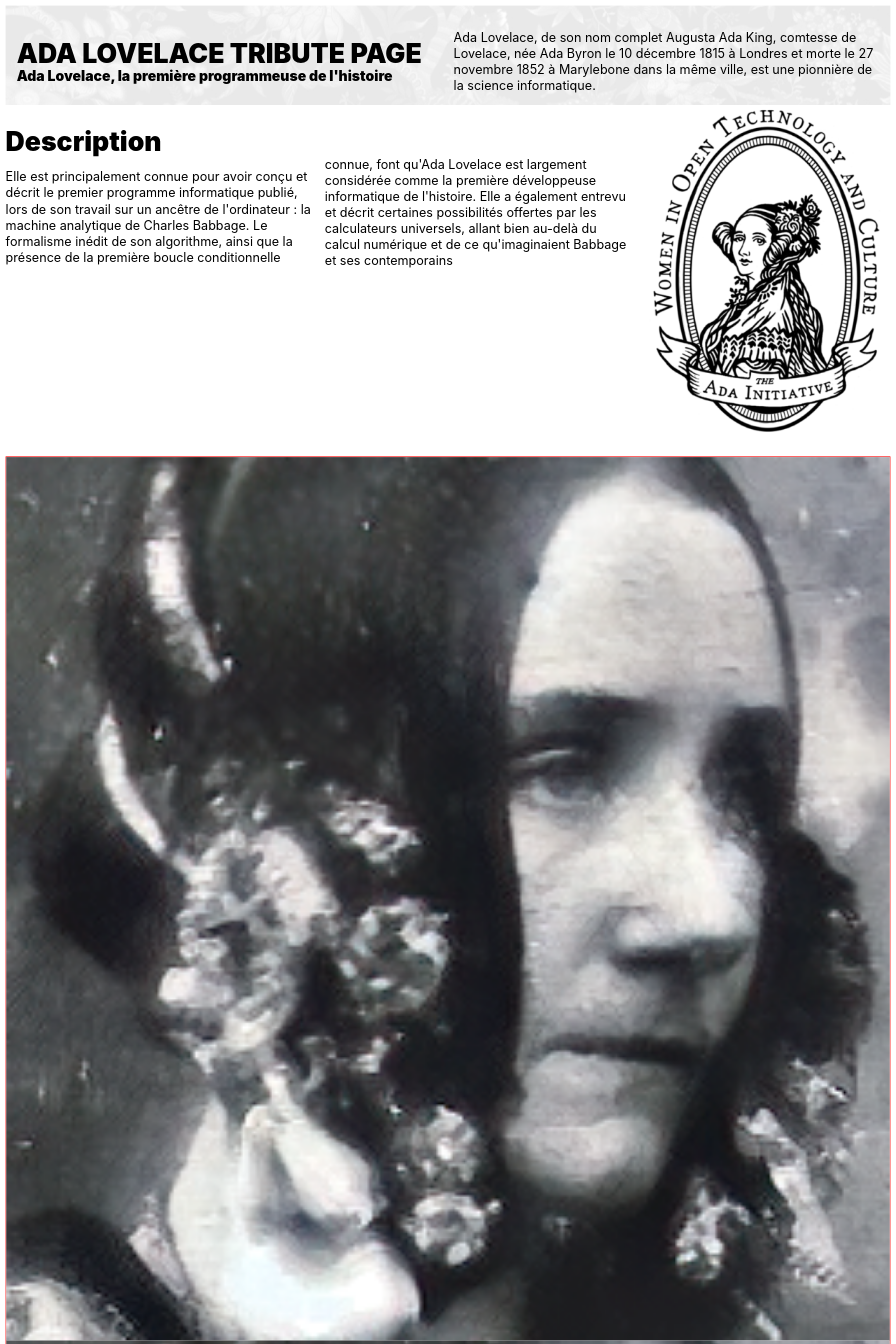
Repository: b3no1t/integration-training
Page: onepage-adalovelace/src/index.html
An editor plug-in stored every save of this project. The page is shown before and after the next save, followed by the edit.
The browser window is 1280 px wide. The pictures show the part of the page from y = 0 to 1920 px (the page is 5844 px tall before and 5716 px after), at 70% of full size.

Above is the page before, as saved 2025-01-30 09:22:35.

### onepage-adalovelace/src/index.html
<!DOCTYPE html>
<html lang="en">
<head>
 <meta charset="UTF-8">
 <meta name="viewport" content="width=device-width, initial-scale=1.0">
 <link rel="preconnect" href="https://fonts.googleapis.com">
<link rel="preconnect" href="https://fonts.gstatic.com" crossorigin>
<link href="https://fonts.googleapis.com/css2?family=Open+Sans:ital,wght@0,300..800;1,300..800&display=swap" rel="stylesheet">
<link rel="stylesheet" href="./assets/css/style.css">
 <title>ADA LOVELACE</title>
</head>
<body>

<div class="wrapper">


<header>
 <div class="intro">

 <div>
  <h2>
   ADA LOVELACE TRIBUTE PAGE
   <span>
    Ada Lovelace, la première programmeuse de l'histoire
   </span>
  </h2>
 </div>

 <div>
  <p>
   Ada Lovelace, de son nom complet Augusta Ada King, comtesse de Lovelace, née Ada Byron le 10 décembre 1815 à Londres et morte le 27 novembre 1852 à Marylebone dans la même ville, est une pionnière de la science informatique.
  </p>
 </div>

 </div>
</header>

<main>
 <section class="description">
   <div class="description-content">
    <h2>Description</h2>
    <p>
      Elle est principalement connue pour avoir conçu et décrit le premier programme informatique publié, lors de son travail sur un ancêtre de l'ordinateur : la machine analytique de Charles Babbage. Le formalisme inédit de son algorithme, ainsi que la présence de la première boucle conditionnelle connue,
      font qu'Ada Lovelace est largement considérée comme la première développeuse informatique de l'histoire. Elle a également entrevu et décrit certaines possibilités offertes par les calculateurs universels, allant bien au-delà du calcul numérique et de ce qu'imaginaient Babbage et ses contemporains
    </p>
  </div>
  <img src="./assets/img/ada-illu.png">
 </section>

 <section class="gallery">
  <!-- 4 imageshorizontale -->
  <img src="./assets/img/ada-photo.png" alt="photostration d'Ada Lovealace">
  <img src="./assets/img/ada-photo.png" alt="photostration d'Ada Lovealace">
  <img src="./assets/img/ada-photo.png" alt="photostration d'Ada Lovealace">
  <img src="./assets/img/ada-photo.png" alt="photostration d'Ada Lovealace">
 </section>
 <section>
  <!-- une image pleine largeur en fond avec du texte par dessus -->
 </section>

 <section>
  <h2></h2>
  <p></p>
 </section>
 <section>
  <h2></h2>
  <p></p>
 </section>
</main>
<footer>
 <img src="" alt="">
</footer>

</body>
</html>

### onepage-adalovelace/src/assets/css/style.css
/*
* ADA Lovelace Style one page tribute
*/

 @import url(_reset.css);
 @import url(_main.css);
 @import url(_section.css);

### onepage-adalovelace/src/assets/css/_main.css
/*
* ADA Style
*/
* {
  font-family: -apple-system,"Open Sans",  BlinkMacSystemFont,
    Roboto, Oxygen, Ubuntu, Cantarell,"Helvetica Neue", sans-serif;
}

main > * + * {
  margin-top: 2em;
  border: 1px solid red;
}

.main-grid{
  width: 100%;
  display: grid;
  grid-template-columns: .5rem 1f .5rem;
  gap: 1em;
  @media (min-width: 640px) {
    max-width: 1300px;
    grid-template-columns: 1.5rem 1f 1.5rem;
  }
}

/* layout*/
.full-width {
  width: 100%;

  margin: 0;
  background-image: url(../../assets/img/ada-illu2.png);
  background-size: cover;
  display: flex;
  justify-content: flex-end;




/*content*/

.content {
  font-size: 26px;
  line-height: 42px;
  font-weight: 600;
}
h1 {
  font-size: 4rem;
  font-weight: 900;

h2 {
  font-size: 2rem;
  line-height: 23px;
}
p {
  font-size: 1.2rem;
}
/* SECTION DESCRIPTION */
.description{
 & p{
  columns:320px 2;
  column-gap: 2rem;
  font-size: 1rem;
 }
}
.container-description{
 display: flex;
 justify-content: space-between;
 & p{
  flex-basis: 66%;
 }
 & img{}
}

### onepage-adalovelace/src/assets/css/_section.css
/*
* ADA Style: section
*/

section {
}

.intro {
  background-image: url(../img/bg-header.png);
  background-size: cover;
  display: flex;
  justify-content: space-between;
  gap: 1rem;
  padding: 1em;
  flex-direction: column;
  @media (min-width: 640px) {
    flex-direction: row;
  }

  & div {
    width: 100%;
    @media (min-width: 640px) {
      width: 50%;
    }
  }
  & p {
    font-size: 18px;
    line-height: 23px;
  }
  & h2 {
    font-size: 38px;
    display: block;
    font-weight: 900;
  }
  & span {
    display: block;
    font-size: 20px;
  }
}
/*
* DESCRIPTION  ----------------------
*/
.description {
  display: flex;
  flex-direction: column;
  justify-content: space-between;
  gap: 1em;
  @media (min-width: 640px) {
    flex-direction: row;
  }
  & img {
    width: 50%;
    margin-inline: auto;
    @media (min-width: 640px) {
      width: 100%;
    }
  }
}

.description-content {
  columns: 300px 1;
  column-gap: 0.5em;
  & h2 {
    column-span: all;
    font-size: 38px;
    display: block;
    font-weight: 900;
  }
  & p {
    font-size: 18px;
    line-height: 23px;
  }
  @media (min-width: 640px) {
    columns: 300px 2;
    column-gap: 1em;
  }
}

.gallery {
  display: flex;
  flex-direction: column;
  flex-basis: 100%;
  flex: 1;
  & img {
    width: 50%;
    aspect-ratio: 1/1;
    object-fit: cover;
    @media (min-width: 640px) {
      width: 100%;
    }
  }
}

Loaded but not shown: onepage-adalovelace/src/assets/css/_reset.css (common file)

After the next save:
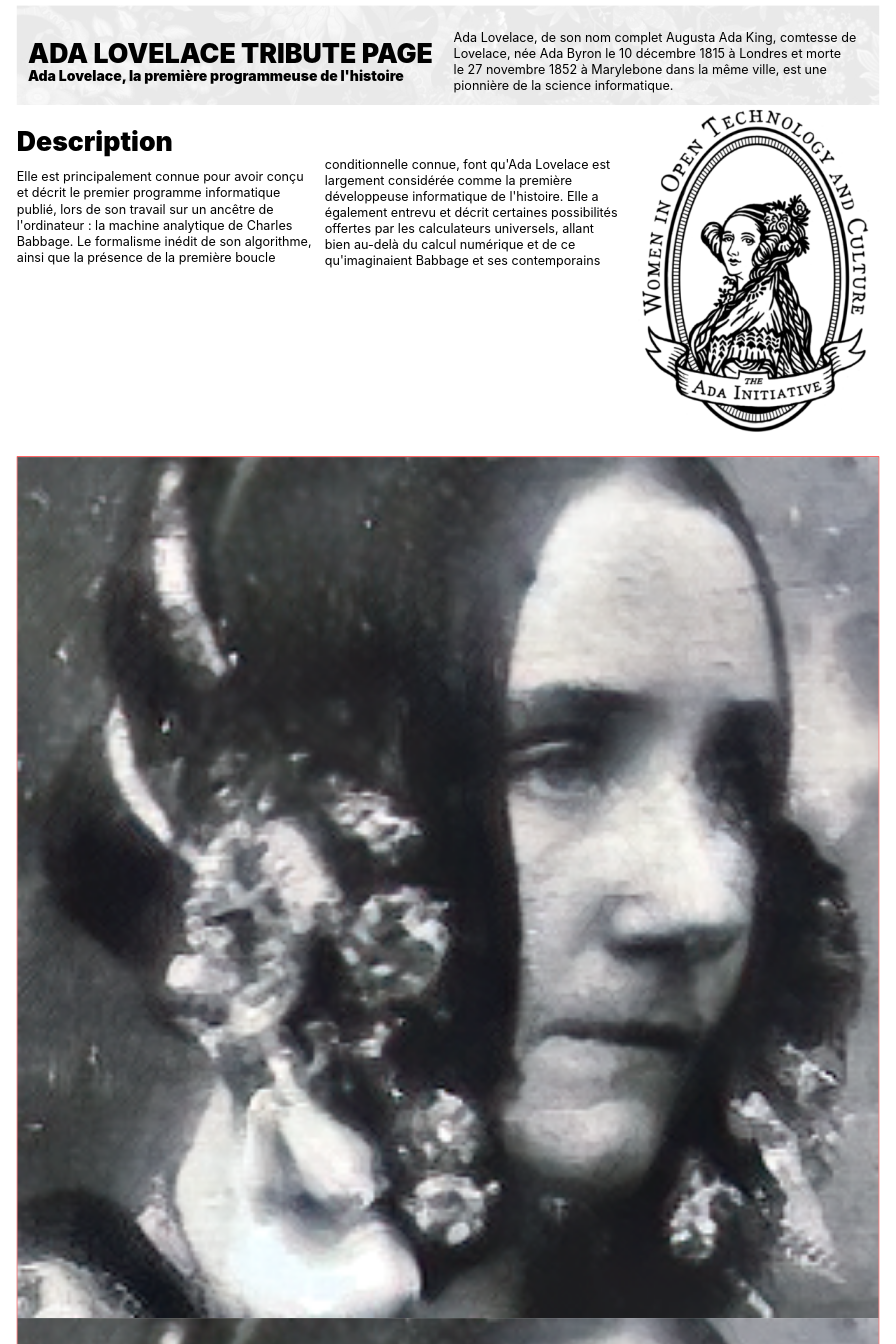
Saved 101 s later.
--- a/onepage-adalovelace/src/assets/css/_main.css
+++ b/onepage-adalovelace/src/assets/css/_main.css
@@ -4,6 +4,13 @@
 * {
   font-family: -apple-system,"Open Sans",  BlinkMacSystemFont,
     Roboto, Oxygen, Ubuntu, Cantarell,"Helvetica Neue", sans-serif;
+}
+
+.wrapper{
+  width: 100%;
+  max-width: 1300px;
+  margin: 0 auto;
+  padding-inline: 1em;
 }
 
 main > * + * {
